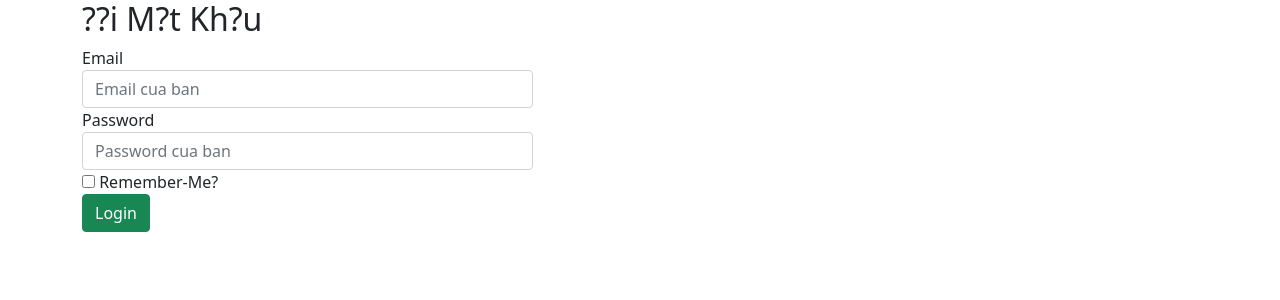
Repository: kiennd3921/AssJava4
Page: http://localhost/Assignment/view/auth/DoiMatKhau.jsp
The author's editor kept a copy of each file at every save. The page is drawn from the files as they stood at one save, then again after the next save.
The browser window is 1280 px wide. The pictures show the whole page.
The page is served by Tomcat 9. Other server files are loaded and not shown.

Above is the page before, as saved 2021-04-15 15:04:55.

### PT15307-UD/Assignment/WebContent/view/auth/DoiMatKhau.jsp
<%@ page language="java" contentType="text/html; charset=ISO-8859-1"
	pageEncoding="UTF-8"%>
<!DOCTYPE html>
<html>
<head>
<meta charset="UTF-8">
<meta name="viewport" content="width = device-width, initial-scale=1.0">
<title>Insert title here</title>
<%@ taglib uri="http://java.sun.com/jstl/core_rt" prefix="c"%>
<link rel="stylesheet" type="text/css">
<link
	href="https://cdn.jsdelivr.net/npm/bootstrap@5.0.0-beta2/dist/css/bootstrap.min.css"
	rel="stylesheet"
	integrity="sha384-BmbxuPwQa2lc/FVzBcNJ7UAyJxM6wuqIj61tLrc4wSX0szH/Ev+nYRRuWlolflfl"
	crossorigin="anonymous">

</head>
<body>
	<div class="container">
		<div class="row">
			<div class="col-md-5">
				<form>
					<h2>Đổi Mật Khẩu</h2>
					<div class="form-group">
						<label>Email</label> <input type="email" class="form-control"
							placeholder="Email cua ban" required name="">
					</div>
					<div class="form-group">
						<label>Password</label> <input type="password"
							class="form-control" placeholder="Password cua ban" required
							name="">
					</div>
					<div class="form-group">
						<input type="checkbox" required name=""> <label>Remember-Me?</label>
					</div>
					<div class="form-group">
						<button class="btn btn-success" type="submit">Login</button>
					</div>
				</form>
			</div>
		</div>
	</div>
</body>
</html>

After the next save:
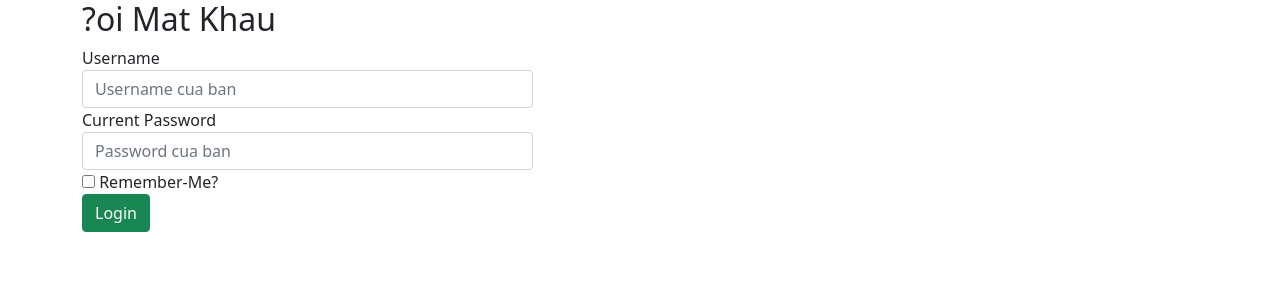
Saved 107 s later.
--- a/PT15307-UD/Assignment/WebContent/view/auth/DoiMatKhau.jsp
+++ b/PT15307-UD/Assignment/WebContent/view/auth/DoiMatKhau.jsp
@@ -20,13 +20,13 @@
 		<div class="row">
 			<div class="col-md-5">
 				<form>
-					<h2>Đổi Mật Khẩu</h2>
+					<h2>Đoi Mat Khau</h2>
 					<div class="form-group">
-						<label>Email</label> <input type="email" class="form-control"
-							placeholder="Email cua ban" required name="">
+						<label>Username</label> <input type="text" class="form-control"
+							placeholder="Username cua ban" required name="">
 					</div>
 					<div class="form-group">
-						<label>Password</label> <input type="password"
+						<label>Current Password</label> <input type="password"
 							class="form-control" placeholder="Password cua ban" required
 							name="">
 					</div>
